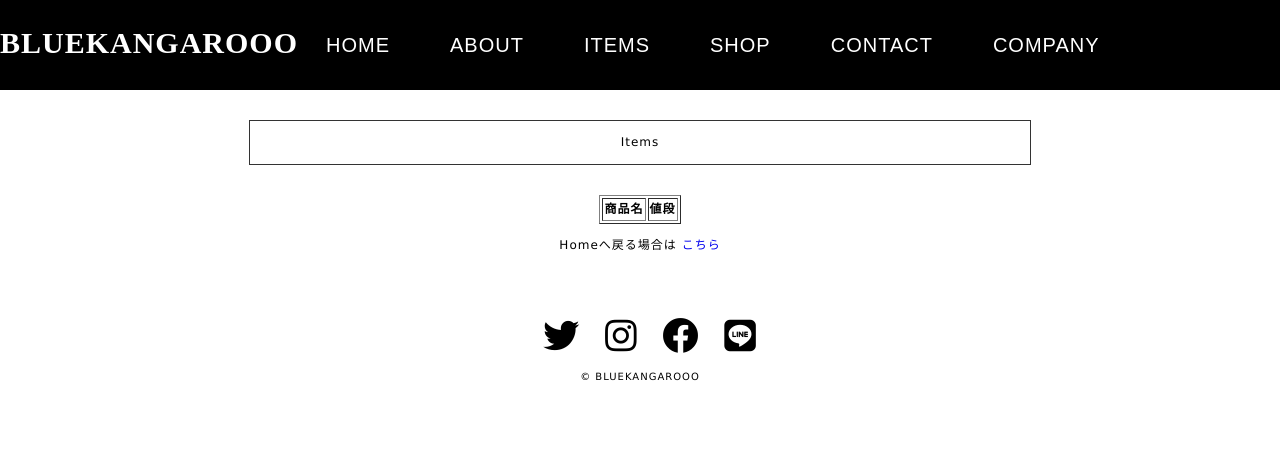
Repository: xiezom/test
Page: http://localhost/ecsite/items.jsp
The author's editor kept a copy of each file at every save. The page is drawn from the files as they stood at one save, then again after the next save.
The browser window is 1280 px wide. The pictures show the whole page.
Some web libraries are served in a nearby version. The page is served by Tomcat 9. Other server files are loaded and not shown.

Above is the page before, as saved 2019-03-27 01:11:17.

### ecsite/WebContent/items.jsp
<%@ page language="java" contentType="text/html; charset=UTF-8"
    pageEncoding="UTF-8"%>
<%@ taglib prefix="s" uri="/struts-tags"%>
<!DOCTYPE html>
<html>
<head>

	<meta http-equiv="Content-Type" content="text/html; charset=utf8"/>
	<meta http-equiv="Content-Style-Type" content="text/css"/>
	<meta http-equiv="Content-Script-Type" content="text/javascript"/>
	<meta http-equiv="imagetoolbar" content="no">
	<meta name="description" content=""/>
	<meta name="keywords" content=""/>

	<title>Items画面</title>

	<link rel="stylesheet" type="text/css" href="./css/items_style.css">
	<link rel="stylesheet" href="https://use.fontawesome.com/releases/v5.8.1/css/all.css">

</head>
<body>

	<div class="header">
		<h1 class="logo">BLUEKANGAROOO</h1>
		<ul>
            <li>HOME</li>
            <li>ABOUT</li>
            <li>ITEMS</li>
            <li>SHOP</li>
            <li>CONTACT</li>
            <li>COMPANY</li>
        </ul>

	</div>
	<div>
    <p class="welcome">
        <s:if test="#session.id != null">
	        <s:property value="session.user_name"/>さん、ようこそ!
	        <a href='<s:url action="MyCartAction"/>'>カート</a>
	        <a href='<s:url action="MyPageAction" />'>購入履歴</a>
	        <a href='<s:url action="LogoutAction" />'>ログアウト</a>
        </s:if>
    </p>
	</div>
	<div class="main">
		<div class="top">
			<p>Items</p>
		</div>
		<div class="main-container">
				<table border="1">
				<tr>
					<th>商品名</th>
					<th>値段</th>
				</tr>
				<s:iterator value="itemListDTOList">
					<tr>
					  	<td><s:property value="itemName"/></td>
					  	<td><s:property value="itemPrice"/><span>円</span></td>
					</tr>
				</s:iterator>
				</table>
		</div>
		<div class="text-link">
			<p>Homeへ戻る場合は
				<a href='<s:url action="GoHomeAction"/>'>こちら</a></p>
		</div>
	</div>

	<div class="footer">
	<nav>
		<ul class="social">
			<li><a href="" target="_blank"><i class="fab fa-twitter fa-3x"></i></a>
			</li>
			<li><a href="" target="_blank"><i class="fab fa-instagram fa-3x"></i></a>
			</li>
			<li><a href="" target="_blank"><i class="fab fa-facebook fa-3x"></i></a>
			</li>
			<li><a href="" target="_blank"><i class="fab fa-line fa-3x"></i></a>
			</li>
		</ul>
	</nav>
		<p class="copy"><small>&copy; BLUEKANGAROOO</small></p>
	</div>


</body>
</html>

### ecsite/WebContent/css/items_style.css
@CHARSET "UTF-8";


		body {
			margin: 0;
			padding: 0;
			line-height: 1.6;
			letter-spacing: 1px;
			font-family: Verdana,Helvetica,sans-serif;
			font-size: 12px;
			background: #fff;
		}

		a {
			text-decoration: none;
		}

		ul {
			list-style-type: none;
		}

		.top {
			width: 780px;
			margin: 30px auto;
			border: 1px solid #333;
		}

		.header {
			width: 100%;
			height: 90px;
			background-color: black;
			overflow: hidden;
		}

		.logo {
			margin-top: -2px;
			float: left;
			width: 20%;
			line-height: 90px;
			color: white;
			font-family: robot;
			font-size: 30px;
		}

		.header ul {
			text-align: center;
			float: left;
			margin: 0 auto;
		}

		.header ul li {
		    float: left;
		    padding-left: 30px;
		    padding-right: 30px;
		    line-height: 90px;
		    font-size: 20px;
		    font-family: 游ゴシック, YuGothic, meiryo, sans-serif;
		    color: #fff;
		}

		.welcome {
			text-align: right;
			margin-right: 10px;
		}

		.main {
			clear: both;
			width: 100%;
			height: auto;
			text-align: center;
		}

		.main-container {
			width: 100%;
			height: auto;
		}

		table {
			text-align: center;
			margin:0 auto;
		}

		.entry {
			float: left;
			width: 33%;
		}

		.entry p {
			padding: 22px 25px 12px;
    		font-size: 13px;
    		color: black;
		}

		.text-link {
			display: inline-block;
			text-align: right;
		}

		.footer {
			margin-top: 50px;
			width:100%;
			height: 80px;
			clear: both;
			text-align: center;
		}

		.sosial {
			text-align: center;
		}
		.social li {
			display: inline-block;
			margin-right: 20px;
		}

		.fab {
			color: black;
		}

		.copy {
			clear: both;
			text-align: center;
		}

After the next save:
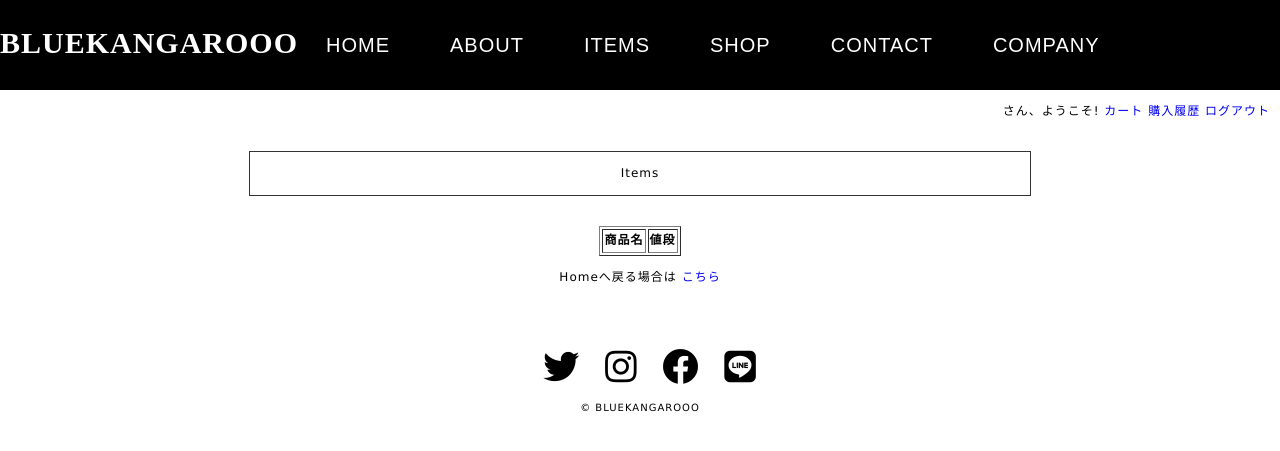
Saved 3 s later.
--- a/ecsite/WebContent/items.jsp
+++ b/ecsite/WebContent/items.jsp
@@ -34,12 +34,10 @@
 	</div>
 	<div>
     <p class="welcome">
-        <s:if test="#session.id != null">
 	        <s:property value="session.user_name"/>さん、ようこそ!
 	        <a href='<s:url action="MyCartAction"/>'>カート</a>
 	        <a href='<s:url action="MyPageAction" />'>購入履歴</a>
 	        <a href='<s:url action="LogoutAction" />'>ログアウト</a>
-        </s:if>
     </p>
 	</div>
 	<div class="main">
